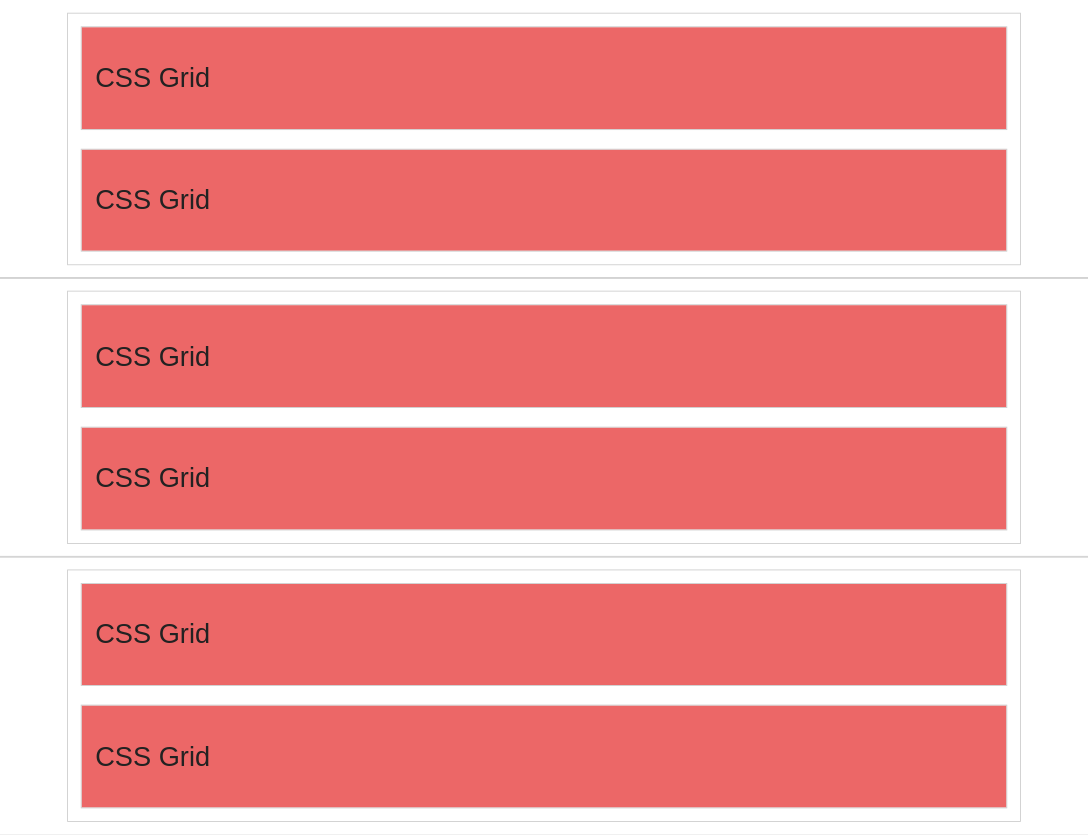
Repository: anoncoderin/madhu_kushal_html_layout
Page: metrosite_week4hw/index.html
These files come from the project's save history. The page is drawn as it stood at one moment and after the next save; the edit follows.
The browser window is 1280 px wide. The pictures show the whole page, at 85% of full size.

Above is the page before, as saved 2023-01-27 23:10:34.

After the next save:
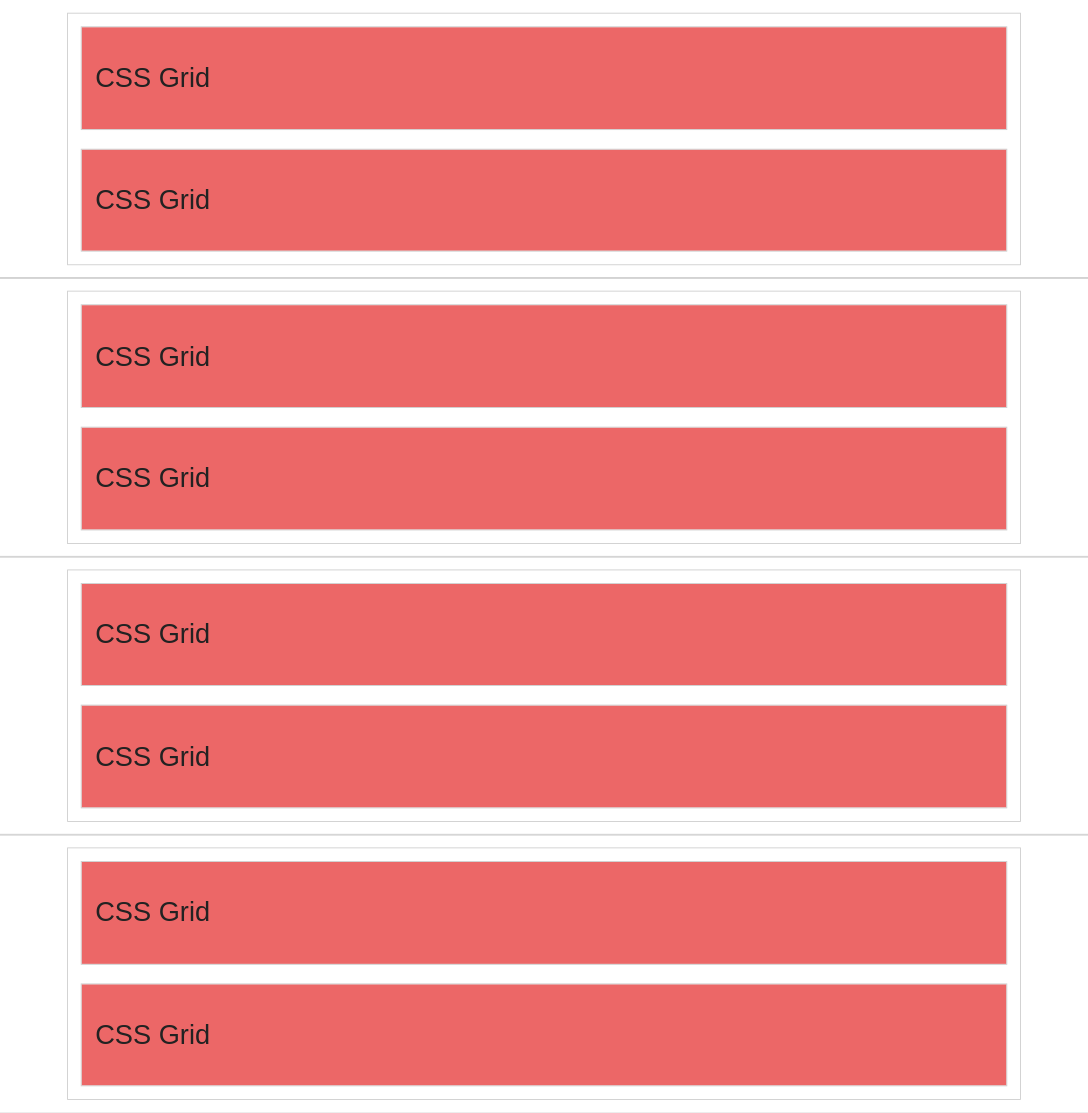
Saved 41 s later.
--- a/metrosite_week4hw/index.html
+++ b/metrosite_week4hw/index.html
@@ -79,6 +79,20 @@
 
   </section>
 
+  <section>
+
+    <div class="row">
+      <div class="col">
+        <h1>CSS Grid</h1>
+      </div>
+      <div class="col">
+        <h1>CSS Grid</h1>
+      </div>
+    </div>
+
+
+  </section>
+
 
   <footer>
     <div class="row">
